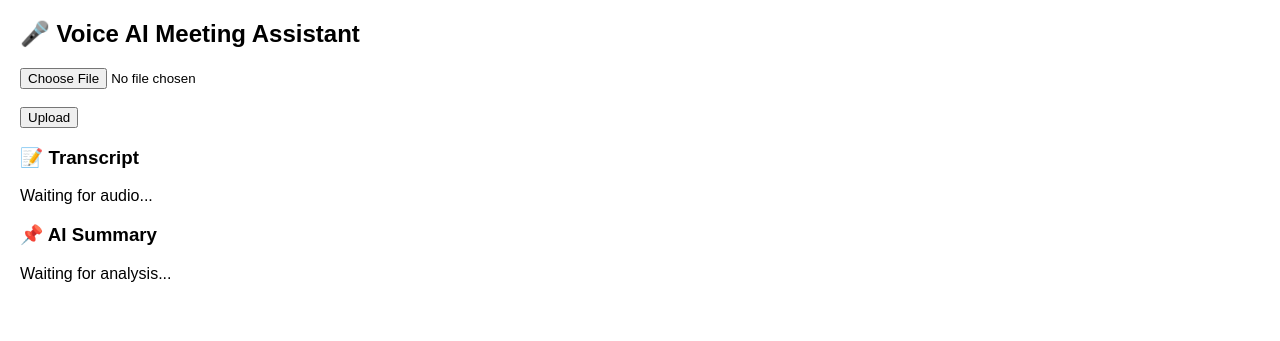
Repository: MujtabaHabib/Voice-AI-Meeting-Assistant
Page: index.html
The author's editor kept a copy of each file at every save. The page is drawn from the files as they stood at one save, then again after a run of saves.
The browser window is 1280 px wide. The pictures show the whole page.

Above is the page before, as saved 2026-02-01 21:52:35.

After the next 3 saves:
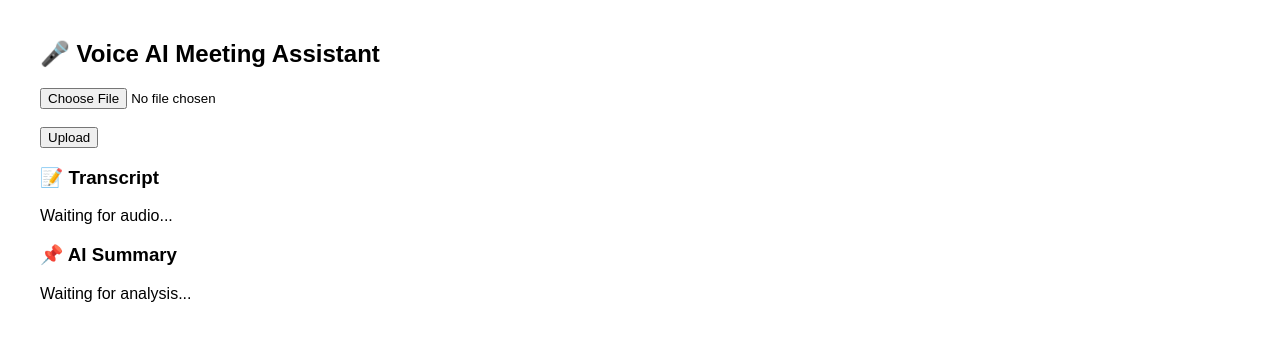
The 3 saves are shown as one change because they came seconds apart.
The last was saved 16 s later.
--- a/style.css
+++ b/style.css
@@ -1,4 +1,8 @@
 body{
     font-family:Arial;
-    margin: 20px;
+    margin: 40px;
 }
+
+.body{
+
+}
